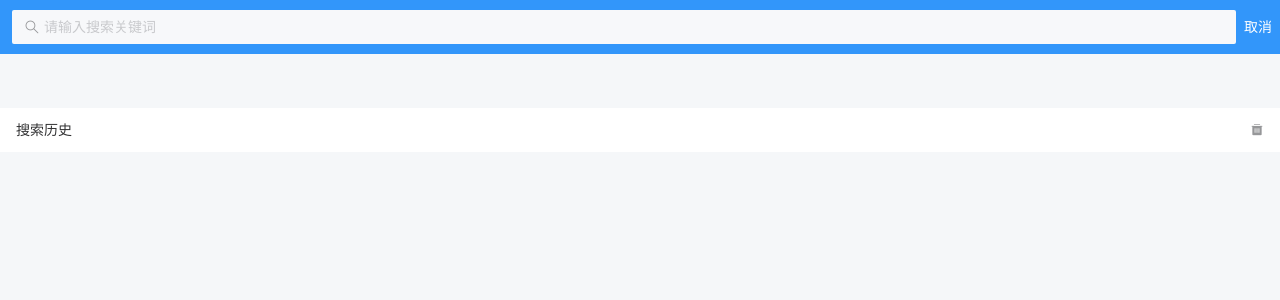
Repository: liuliumm/hmtt60
Page: /#/search
These files come from the project's save history. The page is drawn as it stood at one moment and after the next save; the edit follows.
The browser window is 1280 px wide. The pictures show the whole page.
The project was rebuilt for these pictures with package versions that can differ from the ones it lists, and the page was loaded fresh each time. Also part of the build but not shown: vue.config.js, src/utils/request.js, src/api/search.js, src/views/search/components/search-suggestion.vue, src/views/search/components/search-result.vue.

Above is the page before, as saved 2023-02-17 10:14:11.

After the next save:
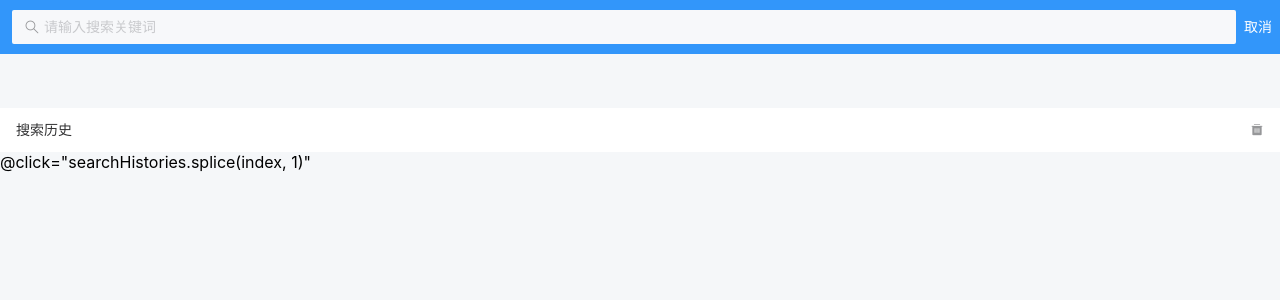
Saved 15 min 57 s later.
--- a/src/views/search/components/search-history.vue
+++ b/src/views/search/components/search-history.vue
@@ -14,12 +14,13 @@
     </van-cell>
     <!-- 除了定义事件，还可以直接在这里删除 -->
     <!-- @click="onSearchItemClick(text)" -->
+    @click="searchHistories.splice(index, 1)"
     <van-cell
       :title="text"
       v-for="(text, index) in searchHistories"
       :key="index"
+      @click="onSearchItemClick(text)"
 
-      @click="searchHistories.splice(index, 1)"
     >
       <template #default>
         <van-icon v-show="isDeleteShow" name="close" />
@@ -45,20 +46,20 @@
       required: true,
     },
   },
-  // methods: {
-  //   onSearchItemClick(text,index) {
-  //     // 如果是删除状态，则执行删除操作
-  //     if (this.isDeleteShow) {
-  //       console.log(this.searchHistories)
+  methods: {
+    onSearchItemClick(text,index) {
+      // 如果是删除状态，则执行删除操作
+      if (this.isDeleteShow) {
+        console.log(this.searchHistories)
 
-  //       this.searchHistories.splice(index, 1);
-  //       console.log(this.searchHistories)
-  //     } else {
-  //       // 否则执行搜索操作
-  //       this.$emit("search", text);
-  //     }
-  //   },
-  // },
+        this.searchHistories.splice(index, 1);
+        console.log(this.searchHistories)
+      } else {
+        // 否则执行搜索操作
+        this.$emit("search", text);
+      }
+    },
+  },
 };
 </script>
 

After the save that followed:
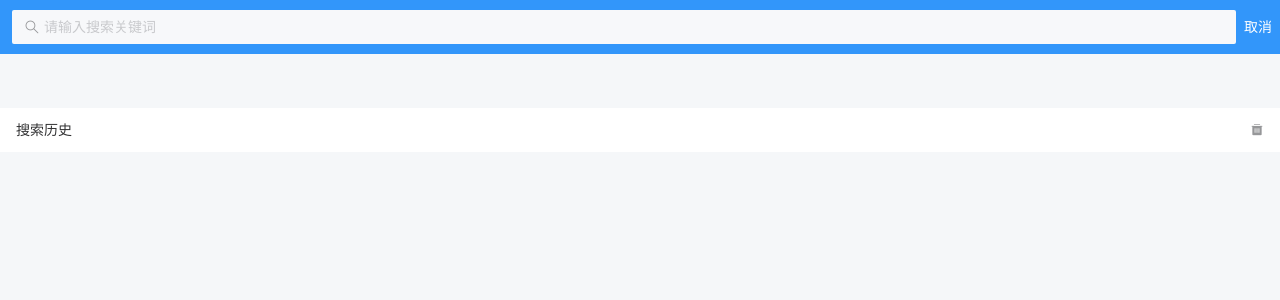
Saved 14 s later.
--- a/src/views/search/components/search-history.vue
+++ b/src/views/search/components/search-history.vue
@@ -14,7 +14,7 @@
     </van-cell>
     <!-- 除了定义事件，还可以直接在这里删除 -->
     <!-- @click="onSearchItemClick(text)" -->
-    @click="searchHistories.splice(index, 1)"
+    <!-- @click="searchHistories.splice(index, 1)" -->
     <van-cell
       :title="text"
       v-for="(text, index) in searchHistories"
